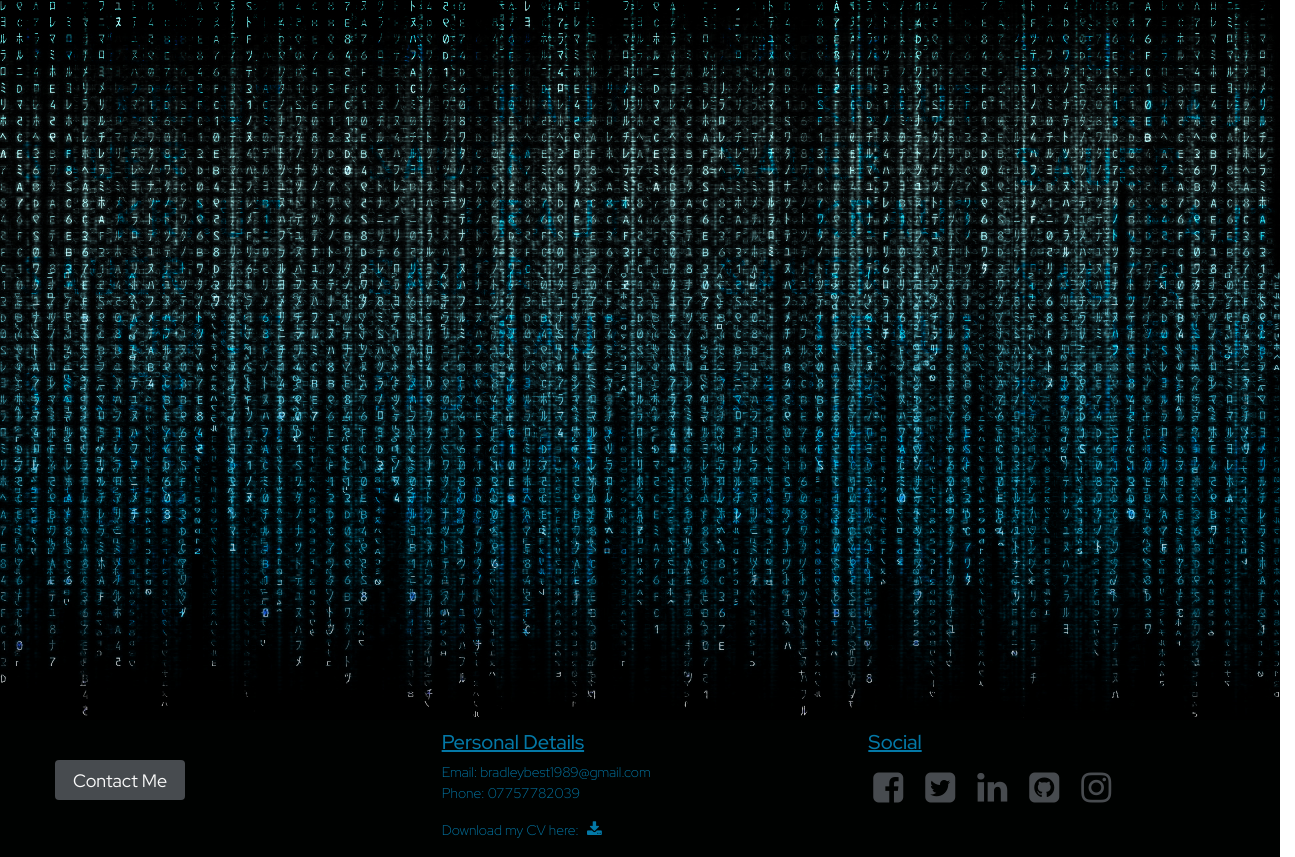
Repository: Brad000/Resume-project
Page: index.html
The author's editor kept a record of every edit. The page is drawn from the files as they stood at one moment, then again after the next edit.
The browser window is 1280 px wide. The page is 1295 px wide, so the pictures cover 1295 px, including what lies to the right of the window. The pictures show the whole page.

Above is the page before.

After the next edit:
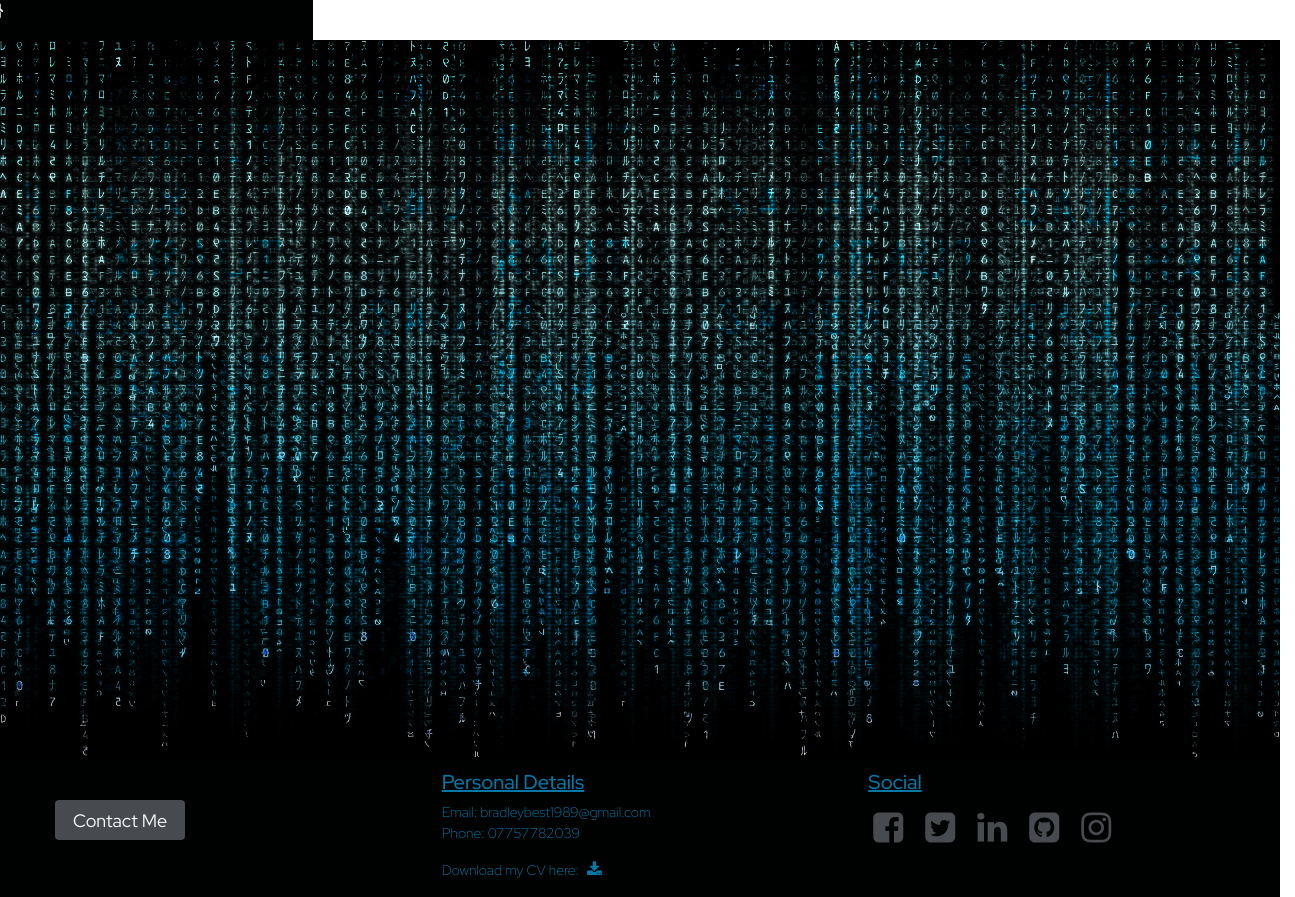
The edit:
--- a/index.html
+++ b/index.html
@@ -15,8 +15,8 @@
 <body>
     <header>
         <div class="row">
-            <div class="col-3 home">
-
+            <div class="col-3 nav-item">
+                <i class="fa fa-home"></i>
             </div>
             <div class="col-3 about-me">
 
